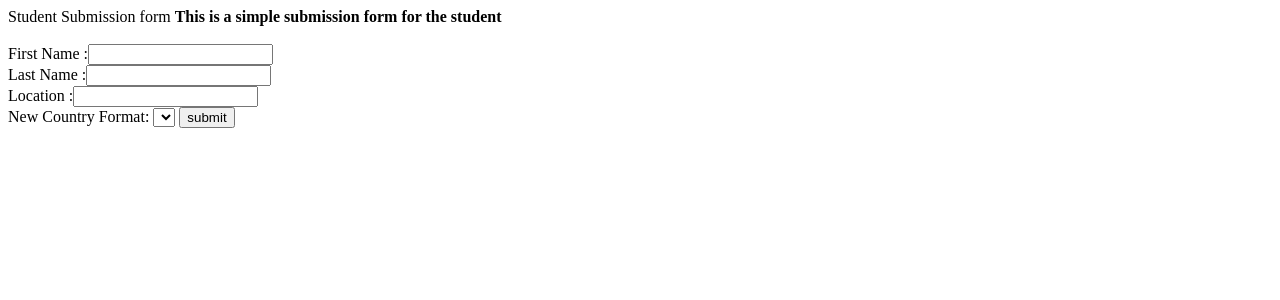
Repository: mdmyr/SpringFrameWorkout
Page: http://localhost/Spring-mvc-DropDownlist/WEB-INF/view/StudentValidationForm.jsp
An editor plug-in stored every save of this project. The page is shown before and after the next save, followed by the edit.
The browser window is 1280 px wide. The pictures show the whole page.
The page is served by Tomcat 9. Nobody is signed in. Other server files are loaded and not shown. The template is opened directly, without the code that normally fills it, so the values that code supplies are empty.

Above is the page before, as saved 2020-12-10 02:41:46.

### Spring-mvc-DropDownlist/WebContent/WEB-INF/view/StudentValidationForm.jsp
<%@taglib uri = "http://www.springframework.org/tags/form" prefix = "form"%>

<html>
<head>Student Submission form</head>
<body>
<b> This is a simple submission form for the student</b>

<br>


<!-- This is the object needed to be created in the student class
1. class need to created "Student"
2. class needed to validate the Student Form - StudentValidation
 -->

 <form:form action="ProcessStudentform" modelAttribute="Student">
 <br>
 First Name :<form:input path="firstName"/><br>
 Last Name  :<form:input path="lastName"/><br>
 Location   :<form:input path= "location"/><br>


 New Country Format:

	    <form:select path="country">
	     <form:options items="${countrylkp}" />
	    </form:select>


 <input type="Submit" value = "submit">
</form:form>

</body>
</html>

After the next save:
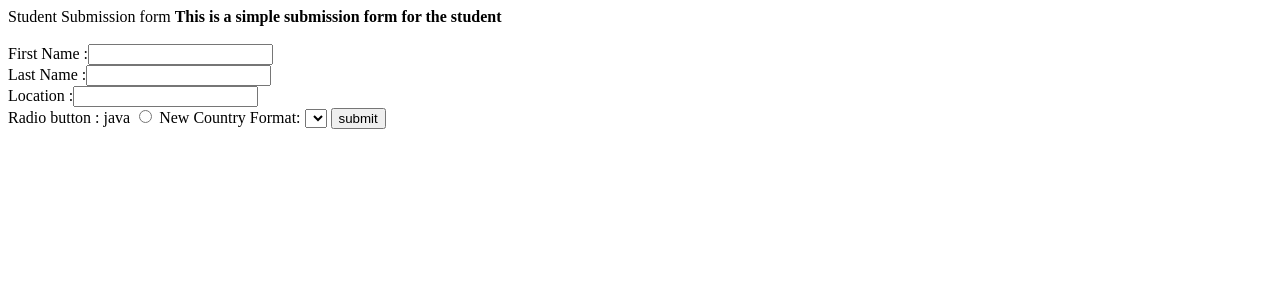
Saved 8 min 41 s later.
--- a/Spring-mvc-DropDownlist/WebContent/WEB-INF/view/StudentValidationForm.jsp
+++ b/Spring-mvc-DropDownlist/WebContent/WEB-INF/view/StudentValidationForm.jsp
@@ -19,6 +19,8 @@
  Last Name  :<form:input path="lastName"/><br>
  Location   :<form:input path= "location"/><br>
 
+ Radio button :
+ java <form:radiobutton path="language" value="Java"/>
 
  New Country Format:
 
